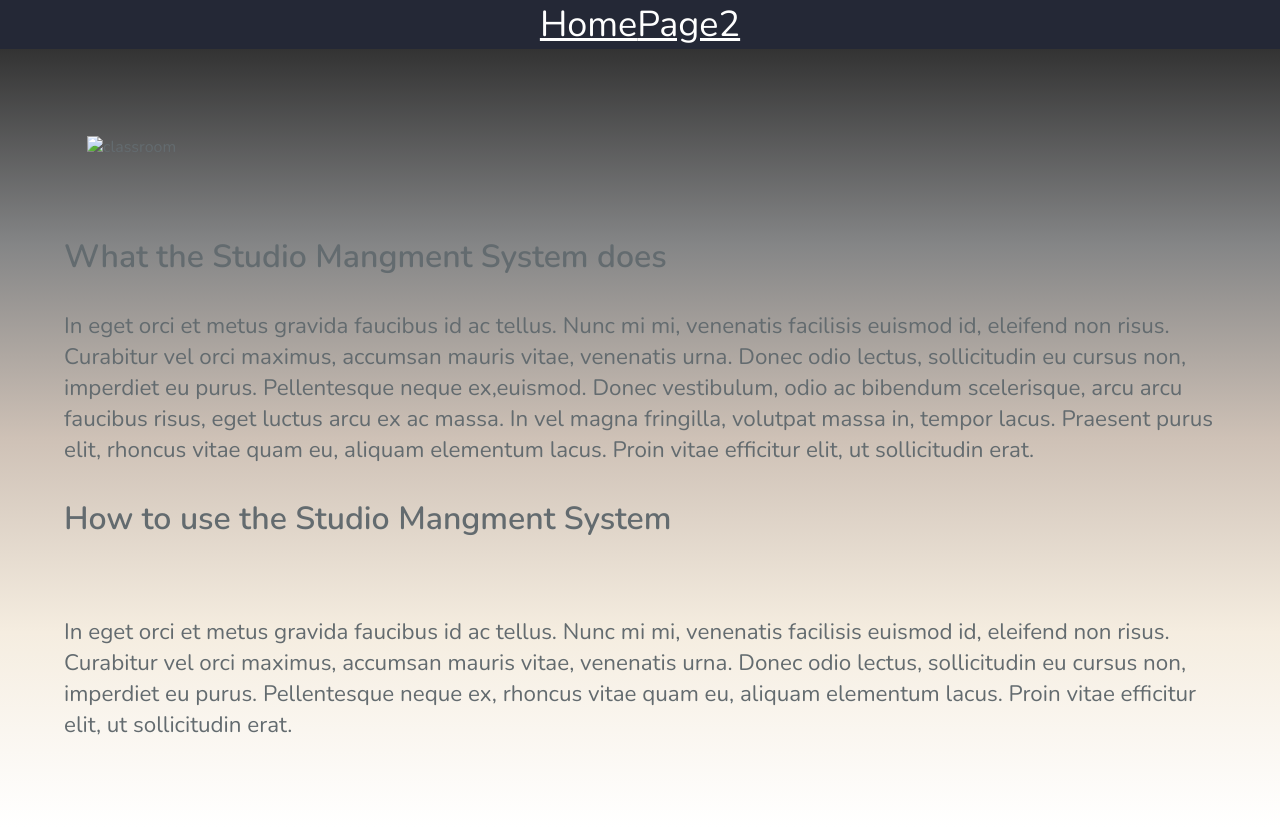
Repository: littae2/simplicite
Page: http://localhost/
These files come from the project's save history. The page is drawn as it stood at one moment and after the next save; the edit follows.
The browser window is 1280 px wide. The pictures show the whole page.
Some web libraries are served in a nearby version. The page is served by the project's Laravel application, run on PHP 8.4 with Laravel 8. Other server files are loaded and not shown.

Above is the page before, as saved 2021-07-30 21:01:13.

### Project/routes/web.php
<?php

use Illuminate\Support\Facades\Route;

/*
|--------------------------------------------------------------------------
| Web Routes
|--------------------------------------------------------------------------
|
| Here is where you can register web routes for your application. These
| routes are loaded by the RouteServiceProvider within a group which
| contains the "web" middleware group. Now create something great!
|
*/

Route::get('/', function () {
    return view('home.index');
});

### Project/resources/views/home/index.blade.php
@extends('layouts.layout')
@section('title', 'Welcome')
@section('content')
<div class="pageContent">

<!-- @if(Auth::check())
<div> you are logged in </div>
@else
<div> please login</div>
@endif -->

  <div class="card d-flex flex-row justify-content-between align-items-center w-90 home">
    <img src="{{url('img/teaching.jpg')}}" alt="classroom" id="classImg">
    <div class="card-body w-25 ">

      <br>
      <h3 class="card-title">What the Studio Mangment System does</h3>

      <p>In eget orci et metus gravida faucibus id ac tellus. Nunc mi mi, venenatis facilisis euismod id, eleifend non risus.
        Curabitur vel orci maximus, accumsan mauris vitae, venenatis urna. Donec odio lectus, sollicitudin eu cursus non, imperdiet eu purus.
        Pellentesque neque ex,euismod. Donec vestibulum, odio ac bibendum scelerisque, arcu arcu faucibus risus, eget luctus arcu ex ac massa. In vel magna fringilla, volutpat massa in, tempor lacus.
        Praesent purus elit, rhoncus vitae quam eu, aliquam elementum lacus. Proin vitae efficitur elit, ut sollicitudin erat.</p>

    </div>
    <div class=" card-body w-25">

      <h3 class="card-title">How to use the Studio Mangment System</h3>
      <br>
      <p>In eget orci et metus gravida faucibus id ac tellus. Nunc mi mi, venenatis facilisis euismod id, eleifend non risus.
        Curabitur vel orci maximus, accumsan mauris vitae, venenatis urna. Donec odio lectus, sollicitudin eu cursus non, imperdiet eu purus.
        Pellentesque neque ex, rhoncus vitae quam eu, aliquam elementum lacus. Proin vitae efficitur elit, ut sollicitudin erat.</p>

    </div>

  </div>
</div>
@endsection

### Project/resources/views/layouts/layout.blade.php
<!--This is the Main layout page-->
<!DOCTYPE html>
<html lang="en">
<head>
    <meta charset="UTF-8">
        <!-- CSRF Token -->
    <meta name="csrf-token" content="mlxnBRgEB1AbPWkhP1fOm5sUhDzONcfLGmqMOlHY">
    <meta name="viewport" content="width=device-width, initial-scale=1.0">

    <script src="https://kit.fontawesome.com/b07d89ef49.js" crossorigin="anonymous"></script>

    <!--  JQUEURY-->
    <script src="https://code.jquery.com/jquery-3.1.0.min.js"></script>

    <!--  BS -->
    <link rel="stylesheet" href="{{asset('css/styles.css')}}">
    <link rel="stylesheet" href="{{asset('bootstrap-5.0.1-dist/css/bootstrap.min.css')}}">
    <link rel="stylesheet" href="{{asset('bootstrap-5.0.1-dist/js/bootstrap.min.js')}}">





</head>
<body>

  @include('layouts.navbar')

<!-- Fonts -->
<link href="https://fonts.googleapis.com/css?family=Nunito:200,600" rel="stylesheet">

@yield('content')
</body>
</html>

### Project/resources/views/layouts/navbar.blade.php
<!-- <div class= "nav">
      <a class="nav-link" href="{{url('/welcome')}}">Home</a>
      <a class="nav-link" href="{{url('/view-cohorts')}}">Cohort</a>
      <a class="nav-link" href="{{url('/students')}}">Students</a>
      <a class="nav-link" href="{{url('/upload')}}">Upload</a>
      <a class="nav-link" href="{{url('/enrolment')}}">Enrollment</a>
</div> -->
<script src="https://code.jquery.com/jquery-3.2.1.slim.min.js" integrity="sha384-KJ3o2DKtIkvYIK3UENzmM7KCkRr/rE9/Qpg6aAZGJwFDMVNA/GpGFF93hXpG5KkN" crossorigin="anonymous"></script>
<script src="https://cdnjs.cloudflare.com/ajax/libs/popper.js/1.12.9/umd/popper.min.js" integrity="sha384-ApNbgh9B+Y1QKtv3Rn7W3mgPxhU9K/ScQsAP7hUibX39j7fakFPskvXusvfa0b4Q" crossorigin="anonymous"></script>
<script src="https://maxcdn.bootstrapcdn.com/bootstrap/4.0.0/js/bootstrap.min.js" integrity="sha384-JZR6Spejh4U02d8jOt6vLEHfe/JQGiRRSQQxSfFWpi1MquVdAyjUar5+76PVCmYl" crossorigin="anonymous"></script>


<div class="nav">
  <div class="col-md-12 school-options-dropdown text-center nav-link">

    <div class="nav">
      <a class="nav-link" href="{{url('/')}}">Home</a>
      <a class="nav-link" href="">Page2</a>
      <!-- <a class="nav-link" href="{{url('/enrolment')}}">Enrollment</a> -->


    </div>
  </div>
</div>
</div>

### Project/public/css/styles.css


/* SCSS RGB
white: rgba(255, 255, 255, 1);
linen: rgba(245, 237, 224, 1);
pale-silver: rgba(206, 193, 182, 1);
gray-web: rgba(132, 133, 134, 1);
jet: rgba(51, 51, 51, 1);
*/
.banner-img {
    background-image: url("img/stars.jpg");
    background-size: 100%;
    background-position-y: 80%;
    display: flex;
    height: 30%;
}
.pageContent {
    display: flex;
    flex-flow: column;
    padding: 5%;
    background: linear-gradient(0deg, #ffffffff, #f5ede0ff, #cec1b6ff, #848586ff, #333333ff);
}
#classImg {
    width: 30%;
    height: auto;
    padding: 2%;
}
.styledLink {
    background-color: rgba(0, 0, 255, 0.699);
    padding: 5px;
    text-align: center;
    border: 1px solid black;
    border-radius: 5px;
    text-decoration: none;
    color: white;
}

.uploadedTable {
    width: 100%;

}
.uploadedTable th {
    padding-right: 1%;
}

.file button {
    background: none;
    border: none;
}
.delete{
    background: none;
    border: none;
}
.fa-edit{
    color:darkgreen;
    height:auto;
    width:100%;
    font-size: x-large;
}
.fa-trash-alt{
    color:darkred;
    font-size: x-large;
}

label,
button,
select {
    font-size: 150%;
}

html,
body {
    background-color: #fff;
    color: #636b6f;
    font-family: "Nunito", sans-serif;
    font-weight: 200;
    height: 100vh;
    margin: 0;
}
.full-height {
    height: 100vh;
}
.flex-center {
    align-items: center;
    display: flex;
    justify-content: center;
}
.position-ref {
    position: relative;
}
.top-right {
    position: absolute;
    right: 10px;
    top: 18px;
}
.content {
    text-align: center;
}

.m-b-md {
    margin-bottom: 30px;
}

.page-content {
    display: flex;
    justify-content: center;
}

.nav-item {
    marker: none;
}

.color {
    background-color: #96d3e4;
}
.container {
    margin: 10%;
}

.banner-img {
    background-image: url("../img/stars.jpg");
    background-size: 100%;
    background-repeat: no-repeat;
    background-position-y: 55%;
    display: flex;
    height: 30%;
}

.nav-link {
    color: white;
}

#logout-btn {
    text-decoration: underline;
    color: rgba(255,200,200);
}

.nav {
    display: flex;
    background-color: #242836;
    justify-content: space-evenly;
}

.title {
    font-size: 84px;
    width: 100%;
    padding: 2%;
    text-align: center;
}

.createBtnOption {
    justify-items: center;
    width: 100%;
}
.createBtnOption a {
    padding: 5%;
}
@media screen and (min-width: 1024px) {
    .scrollup {
        width: 40px;
        height: 40px;
        position: fixed;
        bottom: 50px;
        right: 100px;
        display: none;
        text-indent: -9999px;
        background-size: 100%;

        background-image: url("../img/backtotop.png");
    }

    .banner-img {
        background-image: url("../img/stars.jpg");
        background-size: 100%;
        background-repeat: no-repeat;
        background-position-y: 55%;
        display: flex;
        height: 30%;
    }

    .banner-img h1 {
        color: white;
        text-align: center;
        display: flex;
        font-size: 500%;
        margin: auto;
        font-weight: bold;
        padding: 2%;
    }
    .nav-link {
        font-size: 150%;
    }
}
@media screen and (max-width: 1024px) {
    .scrollup {
        width: 40px;
        height: 40px;
        position: fixed;
        bottom: 50px;
        right: 100px;
        display: none;
        text-indent: -9999px;
        background-size: 100%;

        background-image: url("../img/backtotop.png");
    }

    .banner-img {
        background-image: url("../img/stars.jpg");
        background-size: 100%;
        background-repeat: no-repeat;
        background-position-y: 55%;
        display: flex;
        height: 30%;
    }

    .banner-img h1 {
        color: white;
        text-align: center;
        display: flex;
        font-size: 500%;
        margin: auto;
        font-weight: bold;
        padding: 2%;
    }
    .nav-link {
        font-size: 200%;
    }
}
@media screen and (max-width: 800px) {
    .banner-img {
        background-image: url("../img/stars.jpg");
        background-size: 100%;
        background-repeat: no-repeat;
        background-position-y: 55%;
        display: flex;
        height: 30%;
    }

    .banner-img h1 {
        color: white;
        text-align: center;
        display: flex;
        font-size: 400%;
        margin: auto;
        font-weight: bold;
        padding: 2%;
    }

    .scrollup {
        width: 40px;
        height: 40px;
        position: fixed;
        bottom: 50px;
        right: 10px;
        display: none;
        text-indent: -9999px;
        background-size: 100%;

        background-image: url("../img/backtotop.png");
    }
    .alterButtons button,
    a {
        background: none !important;
        border: none;
        padding: 0 !important;
        color: black;
        text-decoration: none;
    }
    .title {
        font-size: 60px;
        width: 100%;
        padding: 2%;
        text-align: center;
    }
    .cohortTable{
        margin: auto;
        padding: 10%;
        text-align: center;
        width: 50% !important;
    }

}

.cohort {
    margin-left: 10%;
    margin-bottom: 5%;
    margin-right: 10%;
    padding: 10px;
    background-color: rgba(0,0,0,.05);
    border-radius: 3px;
    border: 2px solid rgba(0,0,0,.2);

}

.cohort h1 {
    padding: 5px;
    font-size: 3em;
    font-weight: bold;
    color: black;
}

.cohort-head {
    font-size: 1.5em;
}

.student-name {
    font-size: 2em;
    text-decoration: none;
    color: black;
}

.page-header {
    text-align: center;
    margin-bottom: 50px;

    margin-left: 30%;
    margin-right: 30%;
}

.home p{
    font-size: 1.4em;
}

.home h3 {
    font-size: 2em;
    font-weight: bold;
}

.text-btn {
    padding-top: 10px;
}

After the next save:
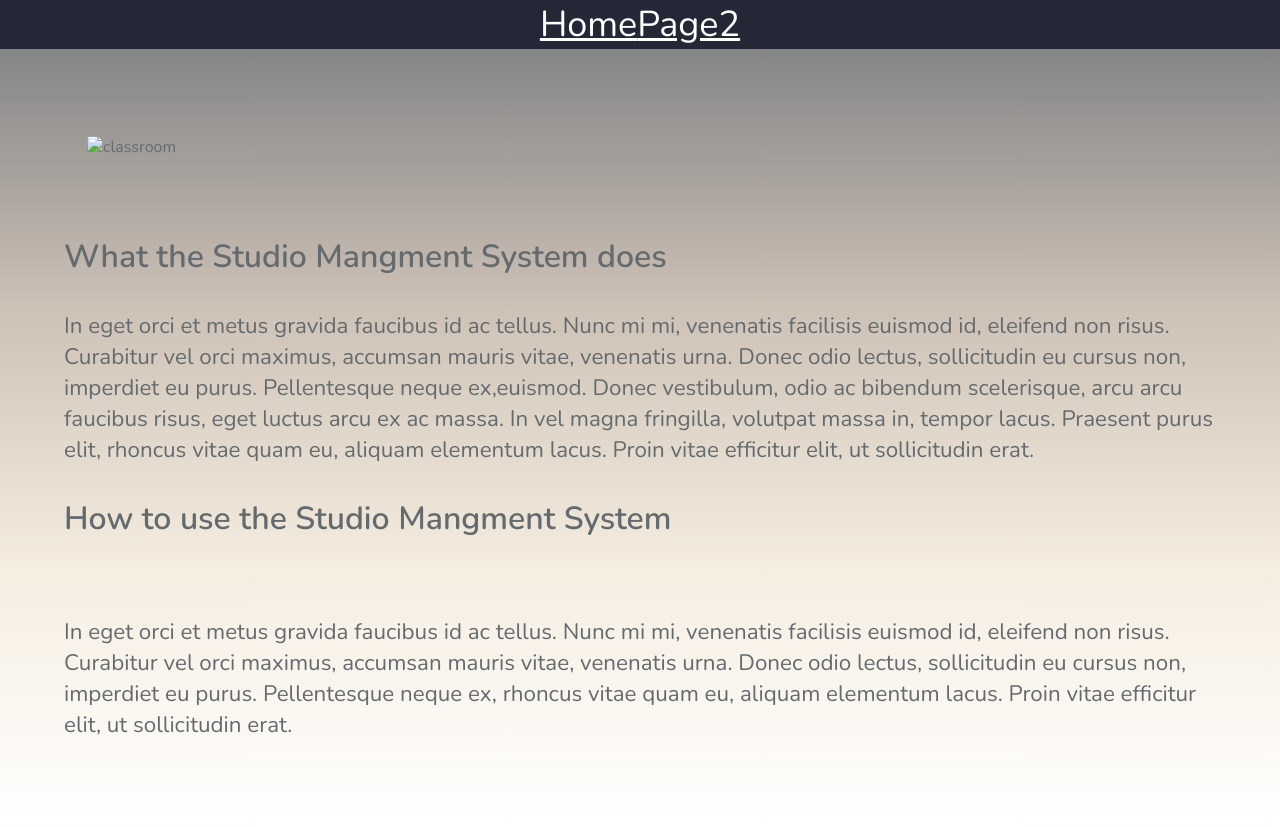
Saved 72 s later.
--- a/Project/public/css/styles.css
+++ b/Project/public/css/styles.css
@@ -18,7 +18,7 @@ jet: rgba(51, 51, 51, 1);
     display: flex;
     flex-flow: column;
     padding: 5%;
-    background: linear-gradient(0deg, #ffffffff, #f5ede0ff, #cec1b6ff, #848586ff, #333333ff);
+    background: linear-gradient(0deg, #ffffffff, #f5ede0ff, #cec1b6ff, #848586ff);
 }
 #classImg {
     width: 30%;
